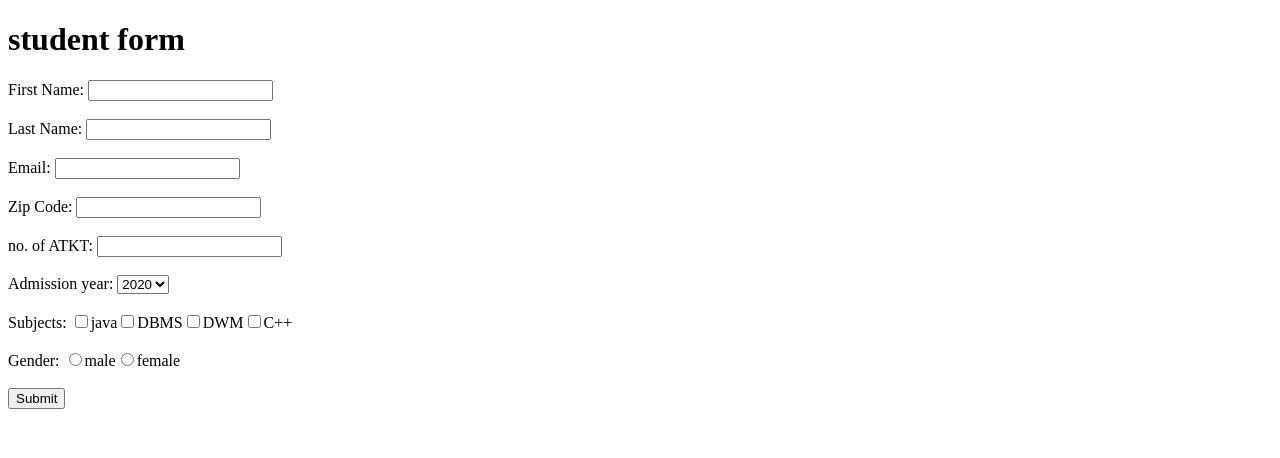
Repository: prathikpk/Springmvc
Page: http://localhost/springMvcDemo/student/showStudentForm
These files come from the project's save history. The page is drawn as it stood at one moment and after the next save; the edit follows.
The browser window is 1280 px wide. The pictures show the whole page.
The page is served by Tomcat 9. The template is opened directly, without the code that normally fills it, so the values that code supplies are empty.

Above is the page before, as saved 2022-10-03 10:11:40.

After the next save:
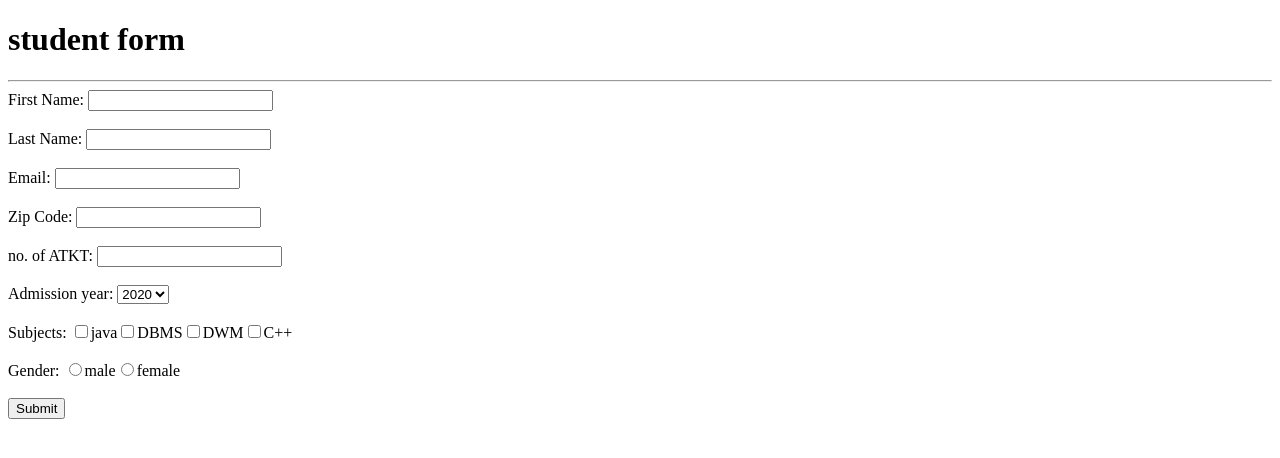
Saved 15 s later.
--- a/springMvcDemo/WebContent/WEB-INF/view/student-form.jsp
+++ b/springMvcDemo/WebContent/WEB-INF/view/student-form.jsp
@@ -9,7 +9,7 @@
 <title>Insert title here</title>
 </head>
 <body>
-	<h1>student form</h1>
+	<h1>student form</h1><hr>
 
 	<form:form action="processStudentForm" modelAttribute="theStudent">
 
